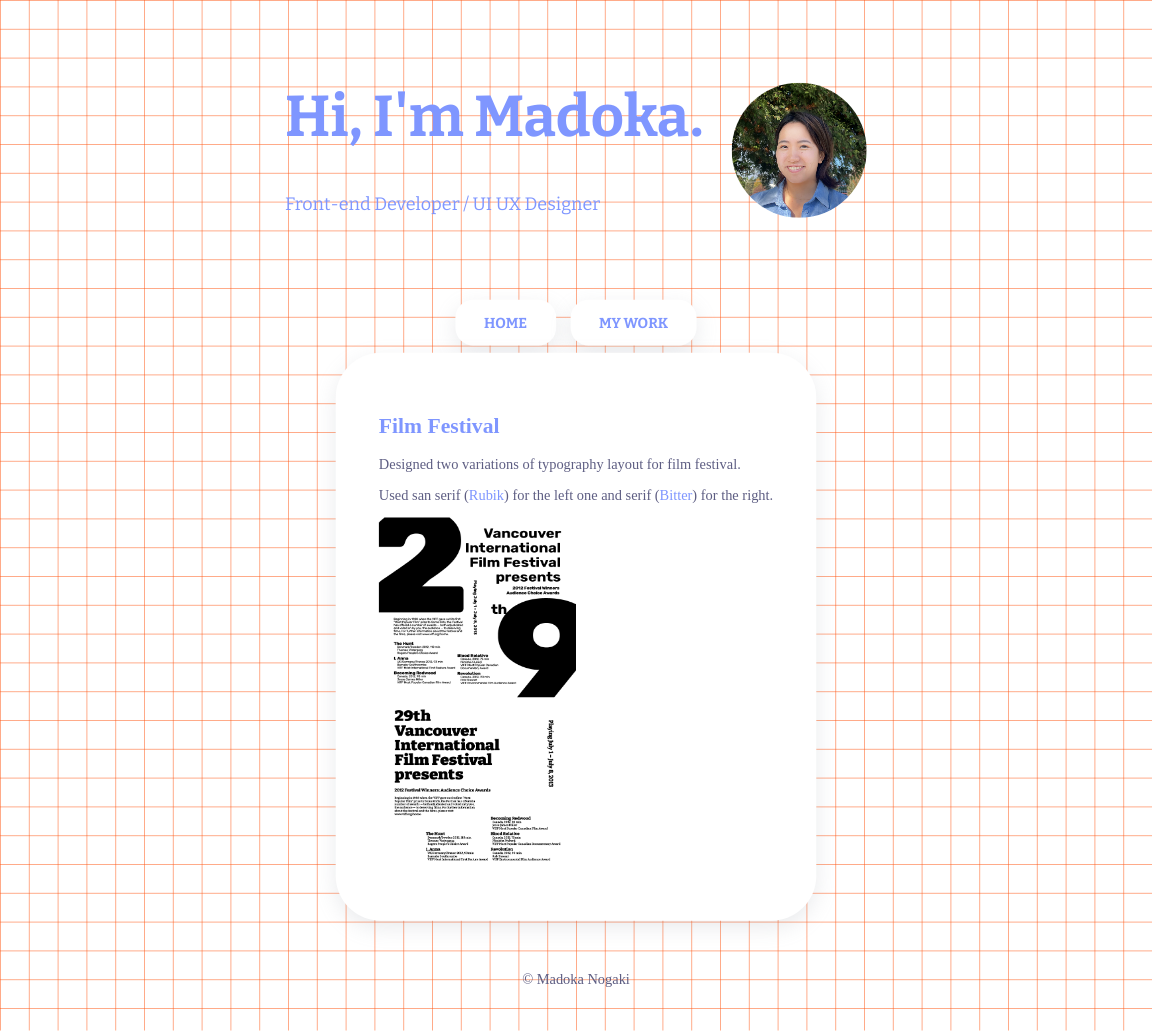
Repository: ohmaruko/portfolio
Page: /links/filmFestival
The author's editor kept a copy of each file at every save. The page is drawn from the files as they stood at one save, then again after the next save.
The browser window is 1280 px wide. The pictures show the whole page, at 90% of full size.
The project was rebuilt for these pictures with package versions that can differ from the ones it lists, and the page was loaded fresh each time. The framework's server and built-in components were replaced by stand-ins that run in the browser. Also part of the build but not shown: next.config.mjs.

Above is the page before, as saved 2024-02-18 23:56:36.

After the next save:
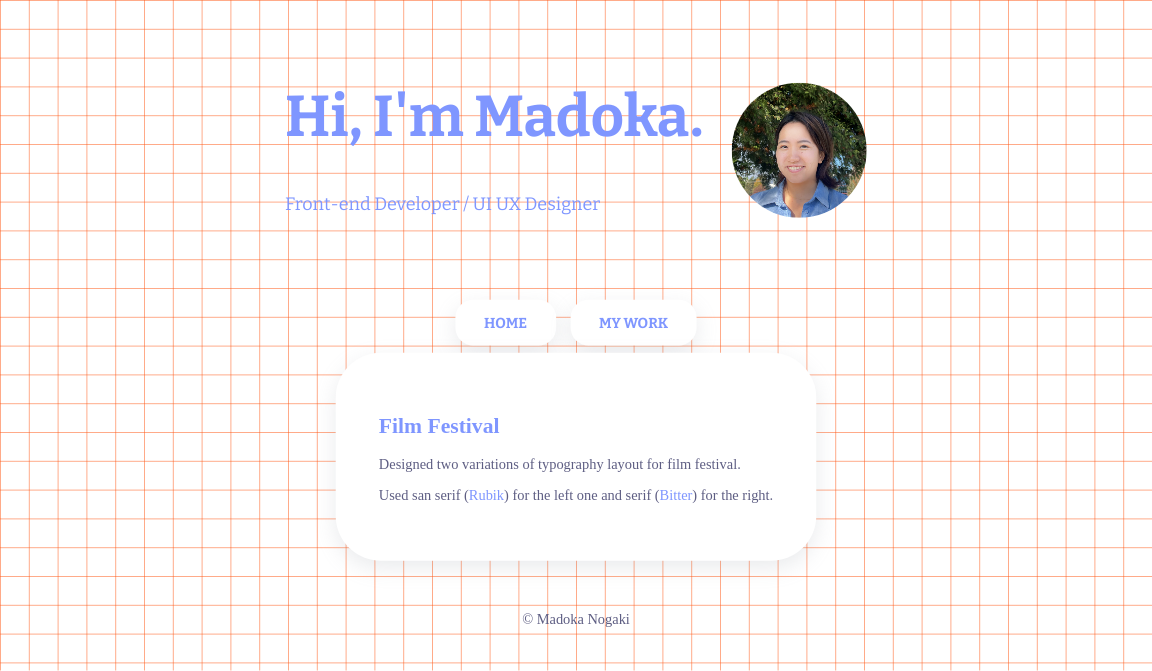
Saved 6 s later.
--- a/styles/Home.module.css
+++ b/styles/Home.module.css
@@ -74,7 +74,7 @@
 }
 .filmAds {
   width: 50%;
-  height: 200px;
+  height: 50%;
   position: relative;
 }
 
